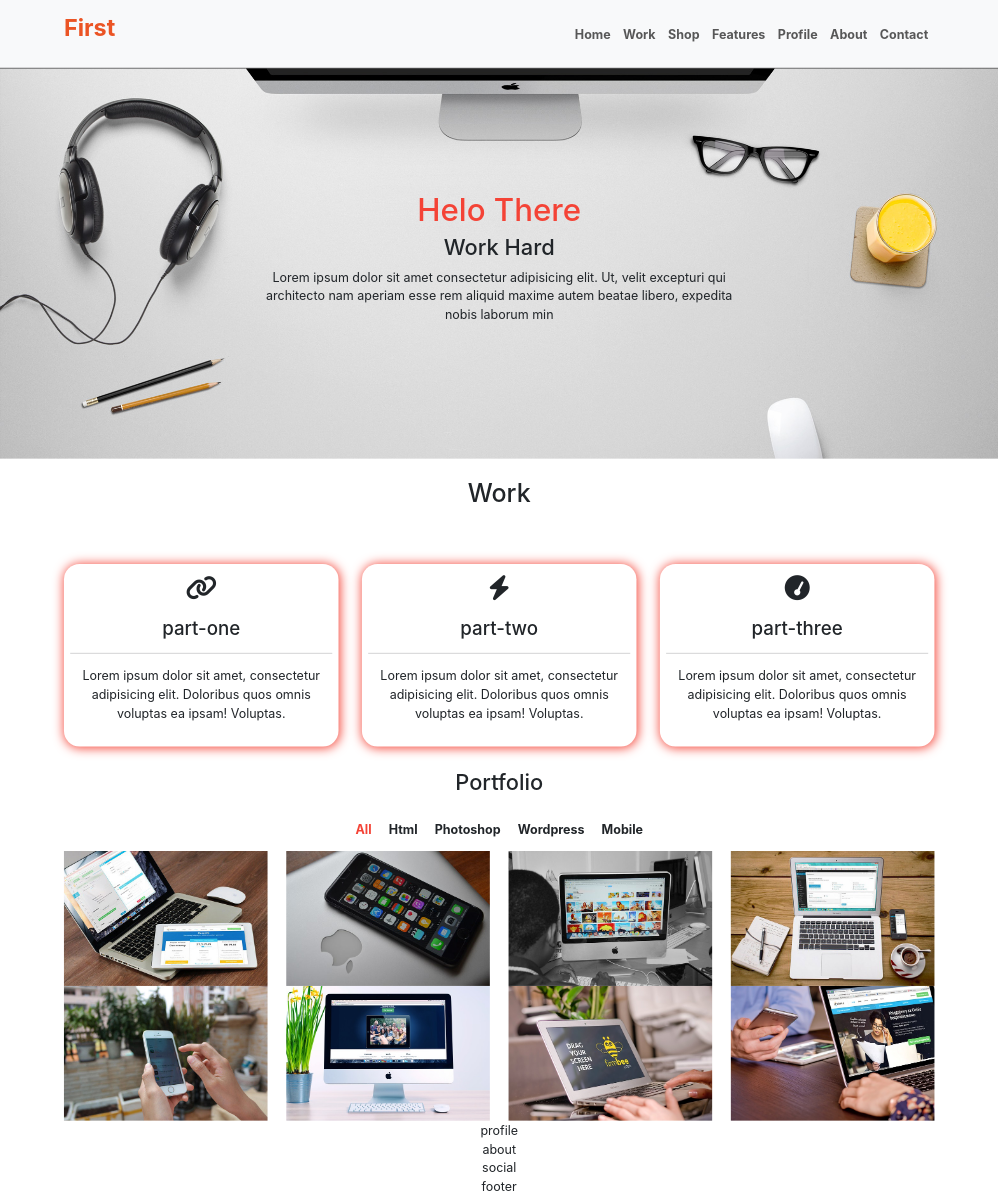
Repository: Hager-h/temple
Page: /
These files come from the project's save history. The page is drawn as it stood at one moment and after the next save; the edit follows.
The browser window is 1280 px wide. The pictures show the whole page, at 78% of full size.
The project was rebuilt for these pictures with package versions that can differ from the ones it lists, and the page was loaded fresh each time. Also part of the build but not shown: src/components/contact/index.js, src/components/Shop/shop.css, src/components/Shop/Shop.js, src/components/card/card.css, src/components/card/Card.js.

Above is the page before, as saved 2023-07-17 04:58:33.

### src/index.js
import React from 'react';
import ReactDOM from 'react-dom/client';
import "../node_modules/bootstrap/dist/css/bootstrap.min.css"
import "../node_modules/bootstrap/dist/js/bootstrap.min.js"
import './index.css';

import App from './App';
import reportWebVitals from './reportWebVitals';
import { BrowserRouter } from 'react-router-dom';

const root = ReactDOM.createRoot(document.getElementById('root'));
root.render(
  <React.StrictMode>
  <BrowserRouter>
  <App />
  </BrowserRouter>
  </React.StrictMode>
);

// If you want to start measuring performance in your app, pass a function
// to log results (for example: reportWebVitals(console.log))
// or send to an analytics endpoint. Learn more: https://bit.ly/CRA-vitals
reportWebVitals();

### src/App.js
import './App.css';
import Home from "./components/home/Home"
import Contact from "./components/contact/index"
import Nav from "./components/navbar/Nav"
import {Routes,Route} from "react-router-dom"
import Shop from './components/Shop/Shop';
import Card  from './components/card/Card';
function App() {
  return (
    <div className="App">
    <Nav />
    <Routes>
    <Route path="/" element={<Home />} />
    <Route path="/contact" element={<Contact />} />
    <Route path="/shop" element={<Shop />} />
    <Route path="shop/:cardId" element={<Card />} />

    </Routes>




    </div>
  );
}

export default App;

### src/components/home/Home.js
import React from 'react'
import Work from "./../work/Work"
import Portfolio from "./../portfolio/Portfolio"
import Footer from "./../footer/Footer"
import Social from "./../social/Social"
import About from "./../about/about"
import Profile from "./../Profile/Profile"
import Landing from "./../landing/landing"
export default function Home() {
  return (
    <div>

<Landing />
    <Work />
    <Portfolio />

    <Profile />
    <About />
    <Social />
    <Footer />



    </div>
    )
}

### src/components/navbar/Nav.js
import React from "react"
import { Link } from 'react-router-dom'

import "./navStyle.css"
export default function Nav() {
  return (



    <nav className="navbar navbar-expand-lg bg-body-tertiary ">
    <div className="container ">
      <p className="navbar-brand logo-text" >First</p>
      <button className="navbar-toggler" type="button" data-bs-toggle="collapse" data-bs-target="#navbarNavAltMarkup" aria-controls="navbarNavAltMarkup" aria-expanded="false" aria-label="Toggle navigation">
        <span className="navbar-toggler-icon"></span>
      </button>
      <div className="collapse navbar-collapse  " id="navbarNavAltMarkup">
        <div className="navbar-nav ms-auto">
          <Link className="nav-link " to="/">Home</Link>
          <Link className="nav-link" to="/work">Work</Link>
          <Link className="nav-link" to="/shop">Shop</Link>
          <Link className="nav-link" to="/feat">Features</Link>
          <Link className="nav-link" to="/profile">Profile</Link>
          <Link className="nav-link" to="/about">About</Link>
          <Link className="nav-link" to="/contact">Contact</Link>
        </div>

      </div>
    </div>
  </nav>

















  )
}

### src/components/work/Work.js
import "./work.css"
import {Usehook} from "../hook/Hook"
export default function Work() {
  const[data,loading,err]=Usehook('js/data.json')



const dataList=data.map(item=>{
  return (
    <div key={item.id}className="part first">
    <i className={item.icon_name}></i>
<h4 className="part-title">{item.title}</h4>
<hr className="line"/>
<p className="part-desc">
{item.body}
</p>
</div>
  )
})
  return (
    <div className="work">
    <div className="container">

        <h2 className="work-title"><span>My</span> Work</h2>
        <div className="all-work">

        {loading&&<p className="spinner"></p>}
          {dataList}
          {err&&<p className="Err">{err}</p>}
            </div>
    </div>
</div>
  )
}

### src/components/portfolio/Portfolio.js
import React,{useEffect,useState} from 'react'

import "./port.css"
import {Usehook} from "../hook2/Hook2.js"

export default function Portfolio() {


    const[data,loading,err]=Usehook('js/data.json')

    const images=data.map((item)=>{
      console.log(item)
      return(

<div key={item.id} className=" col-md-3 box">
<div className="overlay"></div>
<span>Show Image</span>
<div className="show ">

<img className="port-image  " src={item.image} alt="image" />

          </div>







      </div>


    )
  })






  return (
    <div className="port">
<h3> <span> My</span> Portfolio</h3>

<div className="catgeory">
<p className="orange">All</p>
<p>Html</p>
<p>Photoshop</p>
<p>Wordpress</p>
<p> Mobile</p>
</div>
<div className="container">
        <div className="row ">






{images}

        </div>
        </div>






</div>











  )
}

### src/components/social/Social.js
import React from 'react'

export default function Social() {
  return (
    <div>
      social
    </div>
  )
}

### src/components/landing/landing.js
import React,{Fragment} from 'react'
import "./landing.css"
export default function Landing() {
  return (
    <>
    <div className='landing'>
    <div className='containerr'>
    <div className='text-landing'>

<h1>helo there</h1>
<h3>work hard</h3>
<p>Lorem ipsum dolor sit amet consectetur adipisicing elit. Ut, velit excepturi qui architecto nam aperiam esse rem aliquid maxime autem beatae libero, expedita nobis laborum min</p>

</div>
      </div>
    </div>
    </>
  )
}

### src/components/navbar/navStyle.css
.navbar {
  background: #fff;
  border-bottom: 1px solid #000;


}




 .logo-text {
  font-size: 30px;
  font-weight: bold;
  color:#eb5424
};
.nav-link{
  font-weight: bolder;}
.nav-link:focus, .nav-link:hover {
  color: #F44336;
}.nav-link:focus, .nav-link:hover {
  color: #F44336;

}
.navbar-nav{
  font-weight: bolder;

}
.navbar-toggler:focus{
  border:2px solid #F44336;
  box-shadow: 0 0 0 #F44336;
}
@media(max-width:570px){
  .text-landing{
    width:100%;
  }
}

### src/components/work/work.css



.all-work{display: flex;
    justify-content: center;
    align-items: center;
    margin-top: 72px;}
    .part{
      box-shadow: 1px 1px 13px 1px #f44336;
    border-radius: 20px;
    padding: 15px 8px;

    }
    .part-title{
      margin-top:20px;
    }
    .part:not(:last-child){
      margin-right:30px
    }
    .work-title span{
      color:#f44336
    }
    .work-title{
      margin-top:25px
    }
.loading{

}
.Err{
  font-weight:bolder;
  text-transform: capitalize;
      color:#f44336;
font-size :22px;
margin-bottom: 30px;
text-align: center;
}

.spinner {
  border: 3px solid #f3f3f3;
  border-top: 3px solid #f44336;
  border-radius: 50%;
  width: 20px;
  height: 40px;
  animation: spin 1s linear infinite;
  position: absolute  ;
  top:50%;
  left:50%;
  transform:translate(-50%,-50%)
   ;
  -webkit-transform:translate(-50%,-50%)  ;
  -moz-transform:translate(-50%,-50%)  ;
  -ms-transform:translate(-50%,-50%)  ;
  -o-transform:translate(-50%,-50%)  ;
}

@keyframes spin {
  0% { transform: rotate(0deg); }
  100% { transform: rotate(360deg); }
}


    @media(max-width:570px){
      .all-work{
      flex-wrap:wrap;
      }
.part:not(:last-child){
  margin-right: 0;
}
.part{
  margin-bottom: 22px;
}

    }

### src/components/hook/Hook.js
import {useEffect,useState}from 'react'
import axios from 'axios'
export  function Usehook(url) {
  const [data,setdata]=useState([])
  const [err,seterr]=useState(null)
  const [loading,setloading]=useState(null)

  useEffect(()=>{
    setloading(true)
    axios.get(url).then(res=>
      {
      setloading(false)
    setdata(res.data.works)
    console.log(res.data)
    seterr(false)
    }
    ).catch(err=>{
      setloading(false)
      seterr("something went wrong")
    })

  },[])
return[data,loading,err]
}

### src/components/portfolio/port.css
.port{
  margin-top:30px;
}
.box{position:relative;
  overflow: hidden;


}
 .catgeory{
  display :flex;
  justify-content: center;
  align-items: center;
  margin-top: 30px;

 }
 .catgeory p:not(:last-child){
  margin-right: 22px;
 }
.catgeory p{
  cursor:pointer;
  font-weight: bold;

}
.catgeory p:hover,.orange{
  color: #F44336;
}


  .port-image{
    max-width:100%;

 }
 span{
  border:1px solid #F44336;
  position: absolute;
  top:50%;
  left:50%;
  transform: translate(-50%,-50%);
  -webkit-transform: translate(-50%,-50%);
  -moz-transform: translate(-50%,-50%);
  -ms-transform: translate(-50%,-50%);
  -o-transform: translate(-50%,-50%);
  background-color: aliceblue;
  padding: 8px 8px;
  border-radius: 14px;
  -webkit-border-radius: 14px;
  -moz-border-radius: 14px;
  -ms-border-radius: 14px;
  -o-border-radius: 14px;
  cursor:pointer;
  font-weight:bolder;
  opacity:0;

}
.overlay{
  position: absolute;
  top: 0;
  left: 0;
  bottom: 0;
  right: 0;
  background: rgba(224, 158, 138, 0.5);
  font-size: 15px;
  opacity: 0;
  max-width:100% ;
}
.box:hover .overlay,
.box:hover span{
  opacity: 1;
}

### src/components/hook2/Hook2.js
import React ,{useEffect,useState}from 'react'
import axios from 'axios'
export  function Usehook(url) {
  const [data,setdata]=useState([])
  const [err,seterr]=useState(null)
  const [loading,setloading]=useState(null)

  useEffect(()=>{
    setloading(true)
    axios.get(url).then(res=>
      {
      setloading(false)
    setdata(res.data.portfolio)
    console.log(res.data.portfolio)
    seterr(false)
    }
    ).catch(_err=>{
      setloading(false)
      seterr("something went wrong")
    })

  },[url])
return[data,loading,err]
}

### src/components/landing/landing.css
.landing{
  height: 500px;
   background:url("../../../public/images/Home/home-bg.jpg");
  background-position: center;
  background-size: cover;
position: relative;
text-align: center;
}
.containerr{
  width:85%;
  margin:auto;
}
.text-landing{
  position:absolute;
  top:50%;
  left:50%;
  transform: translate(-50%,-50%);
  -webkit-transform: translate(-50%,-50%);
  -moz-transform: translate(-50%,-50%);
  -ms-transform: translate(-50%,-50%);
  -o-transform: translate(-50%,-50%);
}
h1{
  color:#F44336;
  text-transform: capitalize;

}
h3{
  text-transform: capitalize;

}

### public/js/data.json
{
  "works" : [
      {
          "id" : 1,
          "icon_name": "icon fa fa-chain fa-2x",
          "title": "part-one",
          "body": "Lorem ipsum dolor sit amet, consectetur adipisicing elit. Doloribus quos omnis voluptas ea ipsam! Voluptas."
      },
      {
          "id" : 2,
          "icon_name": "icon fa fa-bolt fa-2x",
          "title": "part-two",
          "body": "Lorem ipsum dolor sit amet, consectetur adipisicing elit. Doloribus quos omnis voluptas ea ipsam! Voluptas."
      },
      {
          "id" : 3,
          "icon_name": "icon fa fa-tachometer fa-2x",
          "title": "part-three",
          "body": "Lorem ipsum dolor sit amet, consectetur adipisicing elit. Doloribus quos omnis voluptas ea ipsam! Voluptas."
      }
  ],

  "portfolio" : [
      {
          "id":1,
          "image": "/images/Portfolio/portfolio-img1.jpg"

      },
      {
          "id":2,
          "image": "/images/Portfolio/portfolio-img2.jpg"
        },
      {
          "id":3,
          "image": "/images/Portfolio/portfolio-img3.jpg"
        },
      {
          "id":4,
          "image": "/images/Portfolio/portfolio-img4.jpg"
        },
      {
          "id":5,
          "image": "/images/Portfolio/portfolio-img5.jpg"
        },
      {
          "id":6,
          "image": "/images/Portfolio/portfolio-img6.jpg"
      },
      {
          "id":7,
          "image": "/images/Portfolio/portfolio-img7.jpg"
      },
      {
          "id":8,
          "image": "/images/Portfolio/portfolio-img8.jpg"
      }
  ] ,
  "social" : [
      {
          "id": 1,
          "icon" : "icon fa fa-facebook fa-lg",
          "title" : "Follow Me on",
          "body" : "Social Facebook"
      },
      {
          "id": 2,
          "icon" : "icon fa fa-twitter fa-lg",
          "title" : "Tweet Me on",
          "body" : "Social twitter"
      },
      {
          "id": 3,
          "icon" : "icon fa fa-pinterest fa-lg",
          "title" : "Pin Me on",
          "body" : "Social Pinterest"
      }
  ]
}

Loaded but not shown: public/index.html (common file); src/index.css (common file); src/reportWebVitals.js (common file); src/App.css (common file); src/components/footer/Footer.js (common file); src/components/about/About.js (common file); src/components/Profile/Profile.js (common file)

After the next save:
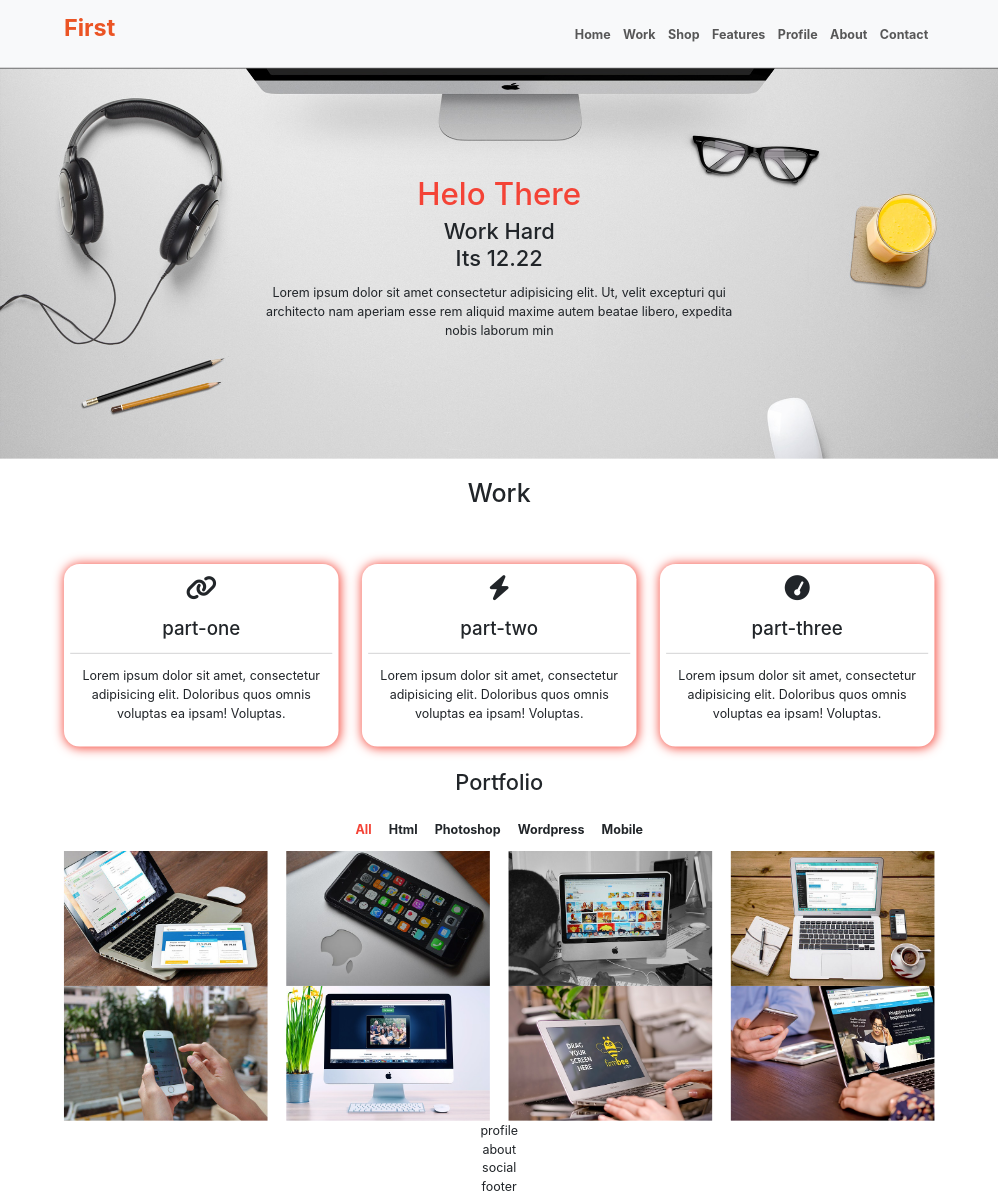
Saved 14 min 11 s later.
--- a/src/components/landing/landing.js
+++ b/src/components/landing/landing.js
@@ -8,7 +8,7 @@ export default function Landing() {
     <div className='text-landing'>
 
 <h1>helo there</h1>
-<h3>work hard</h3>
+<h3>work hard <p> its 12.22</p></h3>
 <p>Lorem ipsum dolor sit amet consectetur adipisicing elit. Ut, velit excepturi qui architecto nam aperiam esse rem aliquid maxime autem beatae libero, expedita nobis laborum min</p>
 
 </div>
